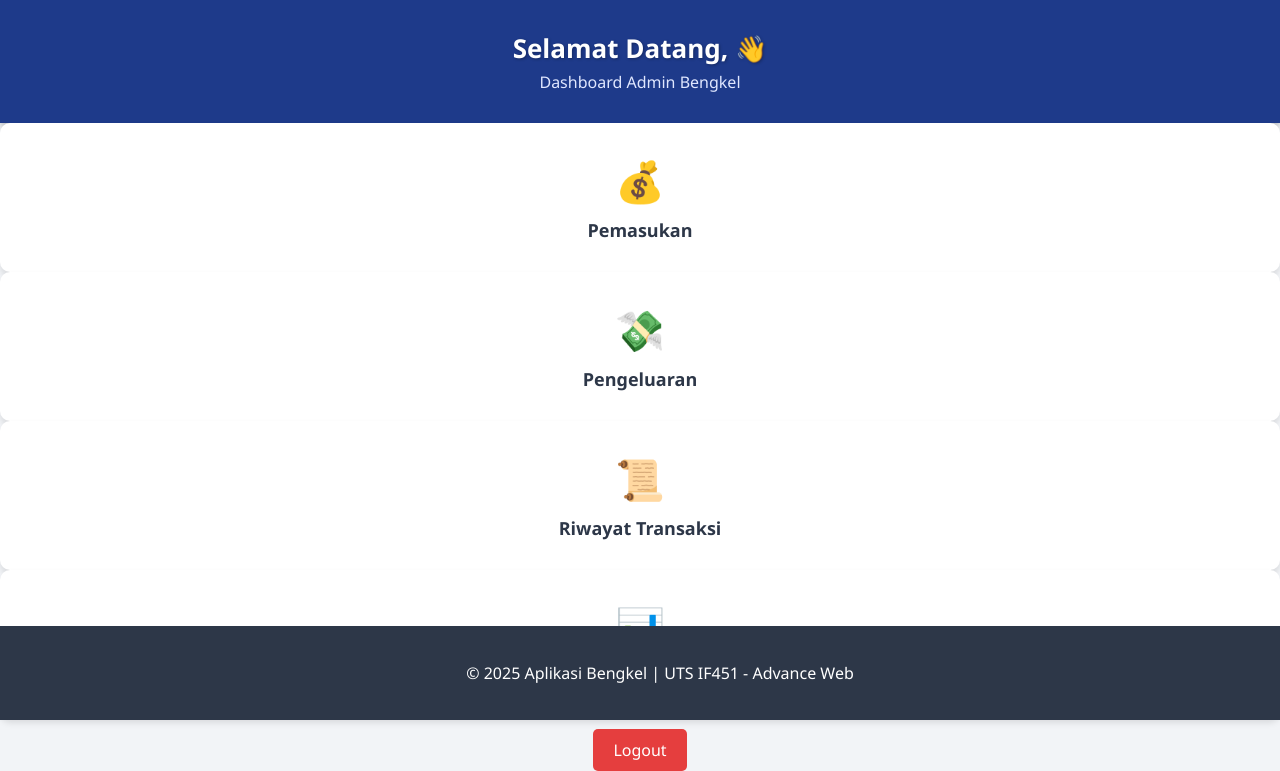
Repository: eligrahphilip/bengkel_managemen
Page: views/admin-menu.ejs
An editor plug-in stored every save of this project. The page is shown before and after the next save, followed by the edit.
The browser window is 1280 px wide. The pictures show the whole page.
The page is served by the project's Node server (server.js). The template is opened directly, without the code that normally fills it, so the values that code supplies are empty.

Above is the page before, as saved 2025-10-10 19:26:18.

### views/admin-menu.ejs
<!DOCTYPE html>
<html lang="id">
<head>
  <meta charset="UTF-8">
  <meta name="viewport" content="width=device-width, initial-scale=1.0">
  <title>Menu Utama Admin</title>
  <link rel="stylesheet" href="/css/style.css">
  <style>
    body {
    font-family: "Segoe UI", Tahoma, Geneva, Verdana, sans-serif;
    background-color: #f2f4f7;
    margin: 0;
    padding: 0;
  }

  header {
    background-color: #1E3A8A; /* 🔹 biru tua */
    color: #ffffff;            /* 🔹 teks putih */
    padding: 30px 20px;
    text-align: center;
    box-shadow: 0 4px 6px rgba(0, 0, 0, 0.2);
  }

  h2 {
    margin: 0;
    font-size: 26px;
    color: #ffffff; /* pastikan teks tetap putih */
    text-shadow: 1px 1px 3px rgba(0, 0, 0, 0.3); /* 🔹 biar nggak nyatu */
  }

  header p {
    margin: 5px 0 0;
    font-size: 16px;
    color: #E0E7FF; /* 🔹 biru muda lembut */
  }


    .menu-card {
  background: white;
  border-radius: 10px;
  padding: 30px;
  text-align: center;
  box-shadow: 0 4px 6px rgba(0, 0, 0, 0.1);
  transition: all 0.3s ease;
  cursor: pointer;

  /* ini penting: biar seluruh card jadi area klik */
  text-decoration: none;
  color: #2d3748;
  display: block;
}

.menu-card:hover {
  transform: translateY(-5px);
  box-shadow: 0 8px 12px rgba(0, 0, 0, 0.15);
  background-color: #f8fafc;
}

.menu-card span {
  font-size: 40px;
  display: block;
}

.menu-card p {
  margin: 10px 0 0;
  font-weight: bold;
  font-size: 18px;
}

    footer {
      text-align: center;
      padding: 20px;
      background-color: #2d3748;
      color: white;
      position: fixed;
      bottom: 0;
      width: 100%;
    }

    .logout {
      text-align: center;
      margin-top: 20px;
    }

    .logout a {
      color: white;
      background: #e53e3e;
      padding: 10px 20px;
      border-radius: 5px;
      text-decoration: none;
      transition: 0.3s;
    }

    .logout a:hover {
      background: #c53030;
    }
  </style>
</head>
<body>
  <header>
    <h2>Selamat Datang, <%= user.username %> 👋</h2>
    <p>Dashboard Admin Bengkel</p>
  </header>

  <div class="menu-container">

  <a href="/admin/income" class="menu-card">
    <span>💰</span>
    <p>Pemasukan</p>
  </a>

  <a href="/admin/expense" class="menu-card">
    <span>💸</span>
    <p>Pengeluaran</p>
  </a>

  <a href="/admin/history" class="menu-card">
    <span>📜</span>
    <p>Riwayat Transaksi</p>
  </a>

  <a href="/report" class="menu-card">
    <span>📊</span>
    <p>Laporan Keuangan</p>
  </a>

</div>


  <div class="logout">
    <a href="/logout">Logout</a>
  </div>

  <footer>
    <p>© 2025 Aplikasi Bengkel | UTS IF451 - Advance Web</p>
  </footer>
</body>
</html>

### server.js
const express = require("express");
const path = require("path");
const fs = require("fs");
const bodyParser = require("body-parser");
const session = require("express-session");

const app = express();
const PORT = 3000;

// Middleware
app.use(bodyParser.urlencoded({ extended: true }));
app.use(express.static("public"));
app.use(
  session({
    secret: "bengkel-secret",
    resave: false,
    saveUninitialized: true,
  })
);

// Set EJS
app.set("view engine", "ejs");
app.set("views", path.join(__dirname, "views"));

// File data
const usersPath = path.join(__dirname, "data", "users.json");
const transPath = path.join(__dirname, "data", "transactions.json");

// === ROUTES ===

// Login
app.get("/", (req, res) => {
  res.render("login", { error: null });
});

// Proses login
app.post("/login", (req, res) => {
  const { username, password } = req.body;
  const users = JSON.parse(fs.readFileSync(usersPath));
  const user = users.find(
    (u) => u.username === username && u.password === password
  );

  if (!user) return res.render("login", { error: "Username atau password salah!" });

  req.session.user = user;
  if (user.role === "admin") return res.redirect("/admin/menu");
  else return res.redirect("/user");
});

// Logout
app.get("/logout", (req, res) => {
  req.session.destroy();
  res.redirect("/");
});

// === ADMIN ===

// Menu utama admin
app.get("/admin/menu", (req, res) => {
  if (!req.session.user || req.session.user.role !== "admin")
    return res.redirect("/");
  res.render("admin-menu", { user: req.session.user });
});

// Pencatatan Pemasukan
app.get("/admin/income", (req, res) => {
  if (!req.session.user || req.session.user.role !== "admin")
    return res.redirect("/");
  res.render("admin-income", { user: req.session.user });
});

// Pencatatan Pengeluaran
app.get("/admin/expense", (req, res) => {
  if (!req.session.user || req.session.user.role !== "admin")
    return res.redirect("/");
  res.render("admin-expense", { user: req.session.user });
});

// Tambah transaksi
app.post("/admin/add", (req, res) => {
  const { tanggal, keterangan, jumlah, jenis } = req.body;
  const transactions = JSON.parse(fs.readFileSync(transPath));

  const newTrans = {
    id: Date.now(),
    tanggal,
    keterangan,
    jumlah: parseFloat(jumlah),
    jenis, // income / expense
  };

  transactions.push(newTrans);
  fs.writeFileSync(transPath, JSON.stringify(transactions, null, 2));

  res.redirect("/admin/history");
});

// Riwayat transaksi
app.get("/admin/history", (req, res) => {
  if (!req.session.user || req.session.user.role !== "admin")
    return res.redirect("/");
  const transactions = JSON.parse(fs.readFileSync(transPath));
  res.render("admin-history", { user: req.session.user, transactions });
});

// Laporan Keuangan
app.get("/report", (req, res) => {
  if (!req.session.user || req.session.user.role !== "admin")
    return res.redirect("/");

  const transactions = JSON.parse(fs.readFileSync(transPath));

  const totalIncome = transactions
    .filter((t) => t.jenis === "income")
    .reduce((sum, t) => sum + t.jumlah, 0);

  const totalExpense = transactions
    .filter((t) => t.jenis === "expense")
    .reduce((sum, t) => sum + t.jumlah, 0);

  const saldo = totalIncome - totalExpense;

  res.render("report", {
    user: req.session.user,
    transactions,
    totalIncome,
    totalExpense,
    saldo,
  });
});

// === USER ===
app.get("/user", (req, res) => {
  if (!req.session.user || req.session.user.role !== "user")
    return res.redirect("/");
  res.render("user-catalog", { user: req.session.user });
});

app.listen(PORT, () =>
  console.log(`Server running on http://localhost:${PORT}`)
);

### public/css/style.css
body {
  font-family: Arial, sans-serif;
  margin: 20px;
  background: #f3f4f6;
}

h2, h3 {
  color: #333;
}

form, table {
  margin-top: 15px;
}

input, button {
  margin: 5px;
  padding: 6px;
}

table {
  border-collapse: collapse;
  width: 100%;
  background: white;
}

table, th, td {
  border: 1px solid #ccc;
  padding: 6px;
}

.error {
  color: red;
}

After the next save:
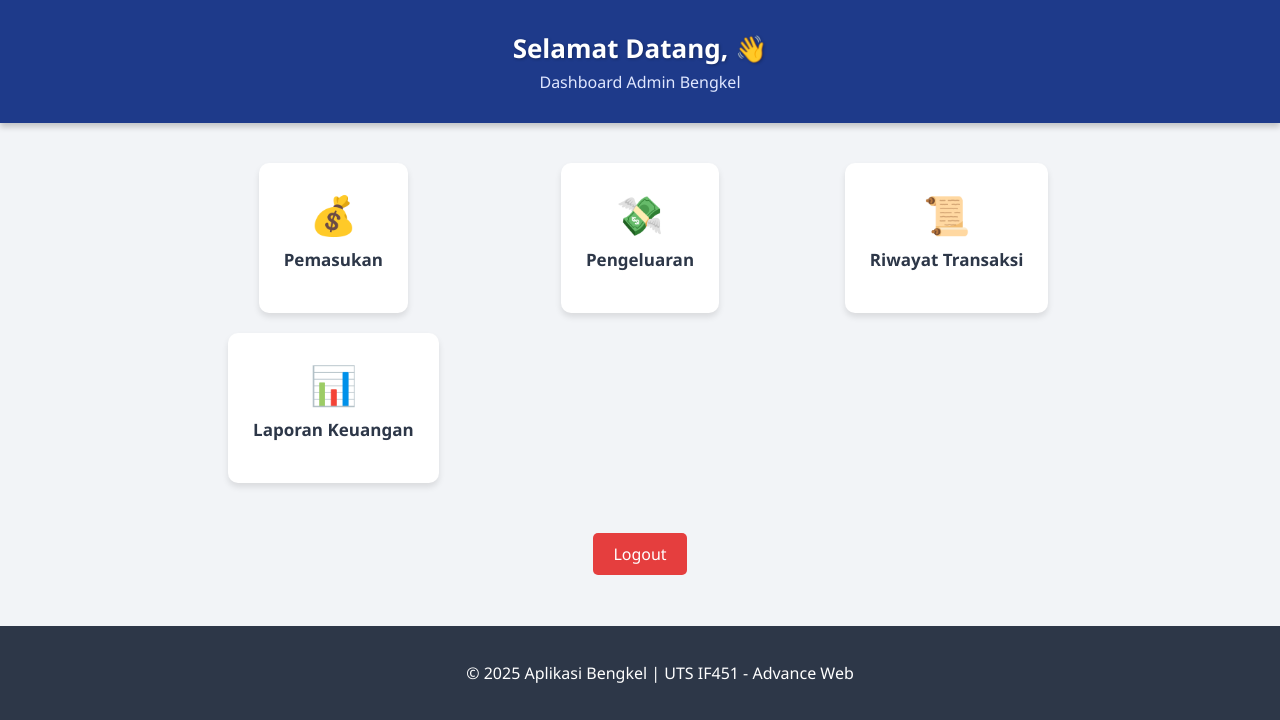
Saved 70 s later.
--- a/views/admin-menu.ejs
+++ b/views/admin-menu.ejs
@@ -35,19 +35,29 @@
   }
 
 
-    .menu-card {
+    .menu-container {
+  display: grid;
+  grid-template-columns: repeat(auto-fit, minmax(220px, 1fr));
+  gap: 20px;
+  padding: 40px;
+  max-width: 900px;
+  margin: 0 auto;
+}
+
+.menu-card {
   background: white;
   border-radius: 10px;
-  padding: 30px;
+  padding: 25px;
   text-align: center;
   box-shadow: 0 4px 6px rgba(0, 0, 0, 0.1);
   transition: all 0.3s ease;
   cursor: pointer;
-
-  /* ini penting: biar seluruh card jadi area klik */
   text-decoration: none;
   color: #2d3748;
-  display: block;
+
+  /* 🔹 tambahkan batas lebar agar tidak melebar penuh */
+  max-width: 220px;
+  justify-self: center; /* biar card di tengah tiap kolom */
 }
 
 .menu-card:hover {
@@ -57,15 +67,16 @@
 }
 
 .menu-card span {
-  font-size: 40px;
+  font-size: 38px;
   display: block;
 }
 
 .menu-card p {
-  margin: 10px 0 0;
+  margin-top: 8px;
   font-weight: bold;
-  font-size: 18px;
+  font-size: 17px;
 }
+
 
     footer {
       text-align: center;
